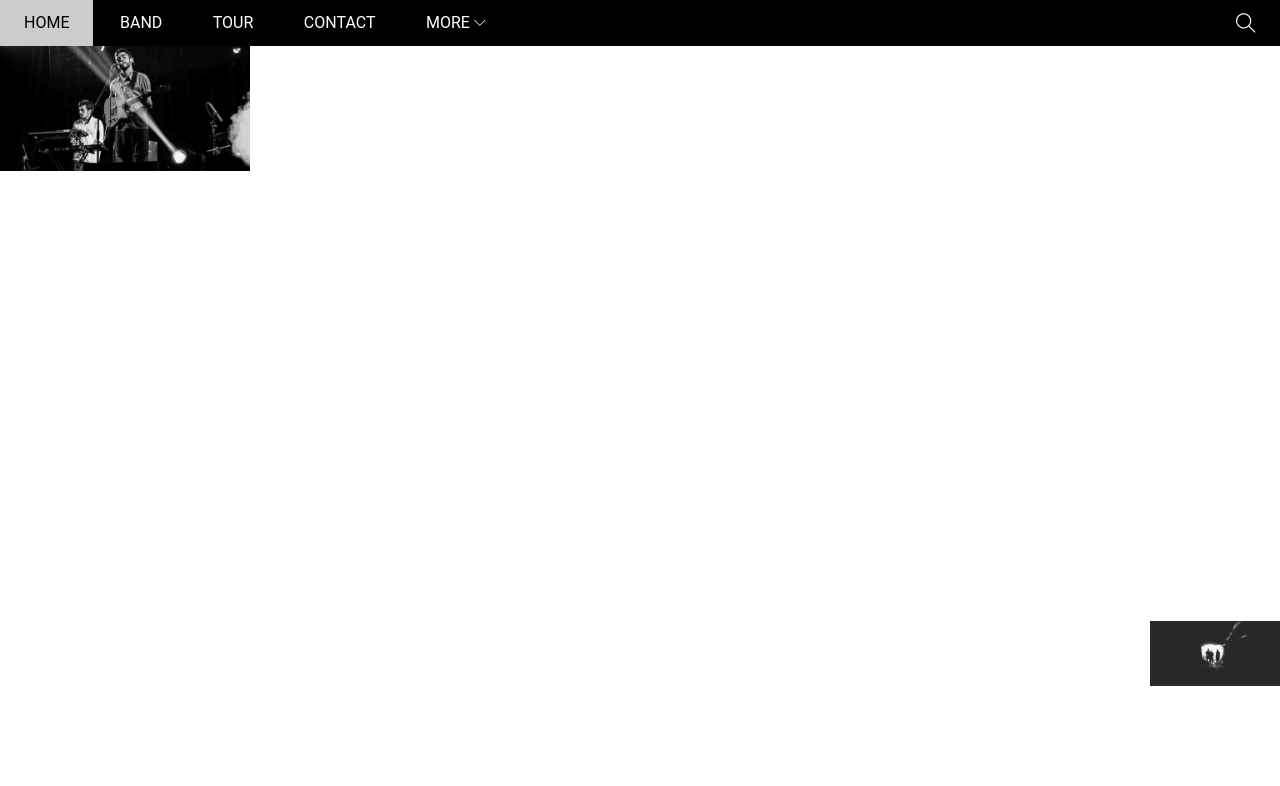
Repository: vuongld315/myLandingPage
Page: index.html
These files come from the project's save history. The page is drawn as it stood at one moment and after the next save; the edit follows.
The browser window is 1280 px wide. The pictures show the whole page.

Above is the page before, as saved 2022-07-22 13:28:43.

After the next save:
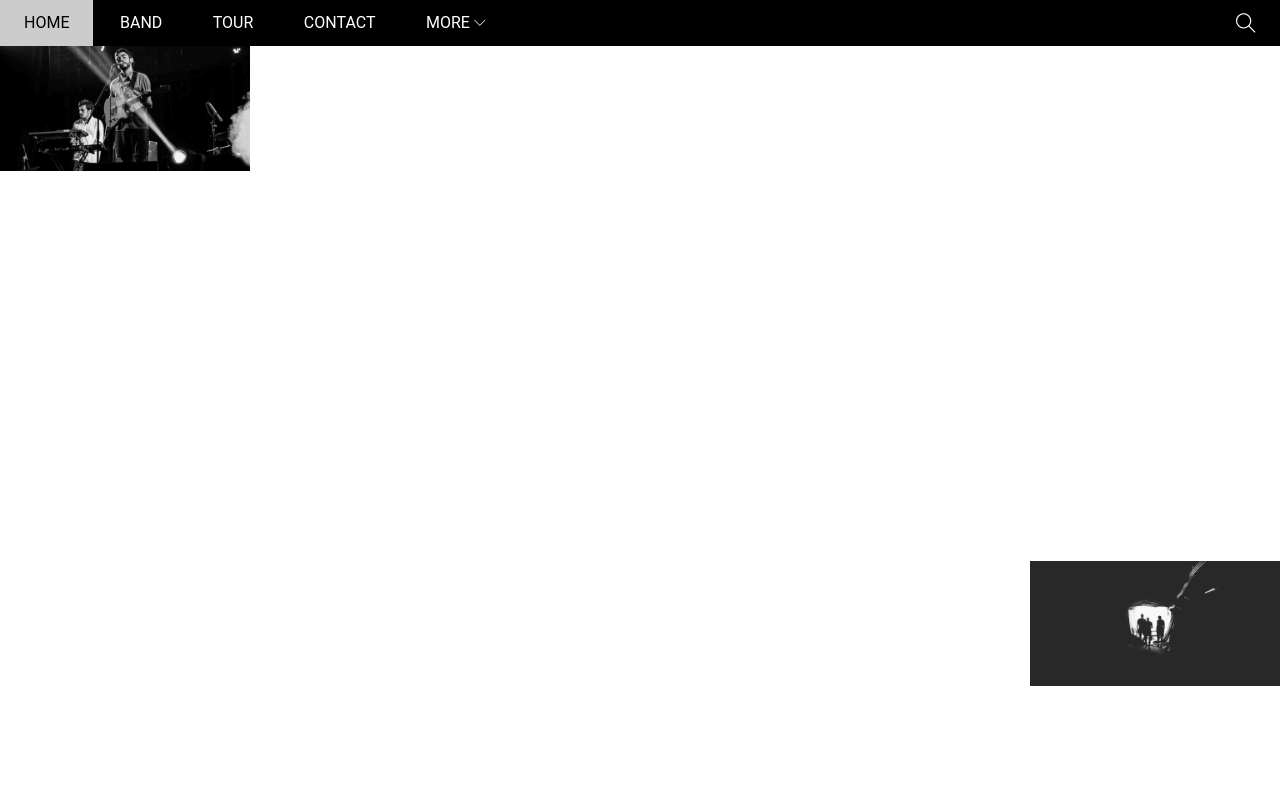
Saved 4 s later.
--- a/assets/css/main.css
+++ b/assets/css/main.css
@@ -122,7 +122,7 @@ body    {
     margin-top: 46px;
     padding-top: 50%;
     background: url('/assets/img/slider1.jpg') left top no-repeat, url('/assets/img/slider2.jpg') right bottom  no-repeat;
-    background-size: 250px,130px,auto;
+    background-size: 250px,250px,auto;
     position: relative;
 }
 
